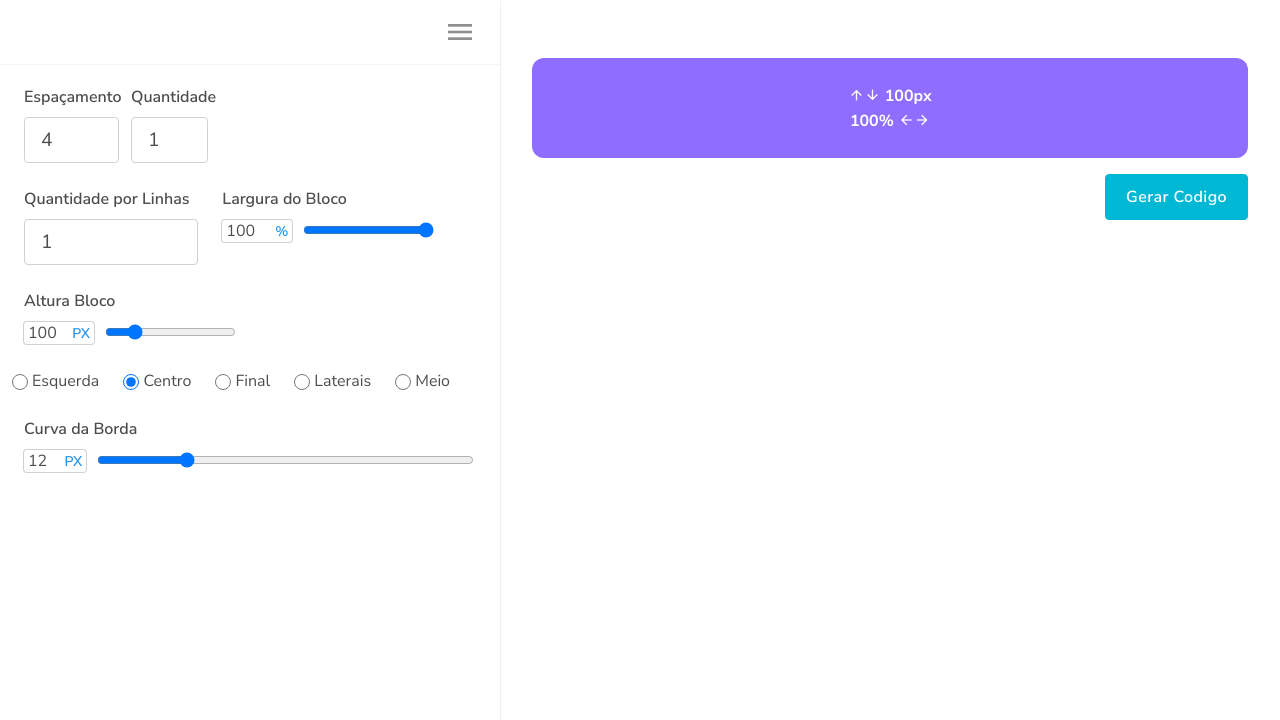
Repository: Flintdl/lowcode-elements
Page: /
The author's editor kept a copy of each file at every save. The page is drawn from the files as they stood at one save, then again after the next save.
The browser window is 1280 px wide. The pictures show the whole page.
The project was rebuilt for these pictures with package versions that can differ from the ones it lists, and the page was loaded fresh each time. Also part of the build but not shown: vue.config.js.

Above is the page before, as saved 2022-04-05 13:39:02.

### src/assets/scss/_variables.scss
// Primarys Colors
$standardTextColor: #4d4d4d;

$primaryColor: #8e6dff;
$secondaryColor: #009997;
$buttonDisableColor: #9c9c9c;
$buttonDisableBgColor: #7676764d;

// Menu Colors

$bgMenuColor: #1d1d1d;
$linkMenuColor: #7b8089;
$iconMenuColor: #2a2a2a;
$borderMenuColor: #323232;

// Botão Colors

$btnPrimary: #00b8d4;
$btnPrimaryHover: #0085b0;

// Generics Colors

$whiteColor: #ffffff;
$mutedColor: #8f8f8f;
$cardColor: #f3f4f7;
$cardColorLight: #f9fafc;
$cardColorLightTwo: #f1f5fc;
$greyLight: #d1d1d1;

// Dropdown Colors

$dropdownHeaderColor: #5f5f5f;
$dropdownColor: #ebffff;

// State Colors

$successColor: #3dc661;
$dangerColor: #e7515a;
$warningColor: #e2a03f;
$infoColor: #2196f3;
$defaultColor: #172b4d;
$lightColor: #e0e0e0;

### src/assets/scss/standard.scss
@import "variables";

.sf-content-page {
  transition: margin-left 0.15s ease;
  margin-left: 500px;
  padding: 3.6rem 2rem;
}

input,
select {
  font-size: 1.2rem;
  font-family: "Nunito Sans", sans-serif;
  color: #4d4d4d;
  background-color: #ffffff;
  width: 100%;
  display: block;
  height: 46px;
  padding: 0 1rem;
  border-radius: 4px;
  border: 1px solid #d1d1d1;
}

input:disabled {
  background-color: $buttonDisableBgColor;
}

textarea {
  font-size: 0.875rem;
  font-family: "Nunito Sans", sans-serif;
  color: #4d4d4d;
  background-color: #ffffff;
  width: 100%;
  display: block;
  padding: 1rem;
  border-radius: 4px;
  border: 1px solid #d1d1d1;
  resize: none;
}

input[type="range"] {
  height: fit-content !important;
}

.sf-form-100 {
  width: calc(100% + 24px);
}

/* Input Radio */
.form-selectradio,
.form-selectcheckbox {
  display: flex;
}

.form-selectradiobutton,
.form-selectcheckboxbutton {
  display: inline-block;
  border-radius: 50%;
  margin: 0;
}

.form-selectradiobutton label,
.form-selectcheckboxbutton label {
  font-size: 0.875rem;
  cursor: pointer;
  display: inline-block;
  margin: 0 16px 0 8px;
  vertical-align: middle;
}

input[type="radio"],
input[type="checkbox"] {
  width: 1rem;
  height: 1rem;
  text-align: center;
  position: relative;
  border-radius: 50%;
  line-height: 16px;
  cursor: pointer;
  margin: 0;
  display: inline-block;
  vertical-align: middle;
}

input[type="checkbox"] {
  border-radius: 6px;
}

// Renderização de Consulta - Botão

.sf-action-rendered-content {
  gap: 8px;
  .sf-action-rendered-consult {
    -webkit-box-flex: 1;
    -ms-flex-positive: 1;
    flex-grow: 1;
    white-space: nowrap;
    width: auto;
    span {
      cursor: pointer;
      &:hover {
        // background-color: #27272736 !important;
        border-color: #272727 !important;
      }
      &.actived {
        // background-color: #00b8d436 !important;
        border-color: #00b8d4 !important;
        font-weight: 700;
      }
    }
  }
}

// Renderização de Consulta - Botão

// Conteúdo socio resultado

.sf-card-socio-content {
  gap: 12px;
  .sf-card-socio {
    width: 100%;
    &.actived {
      div {
        background-color: #1fbdd538;
        border-color: #00b8d4 !important;
        color: #0395ac;
      }
    }
    &:hover {
      div {
        border-color: #00b8d4 !important;
        color: #0395ac;
        cursor: pointer;
      }
    }
  }
}
// Conteúdo socio resultado

// Conteúdo contato resultado

.sf-contact-business-content {
  gap: 12px;
  &.sf-business-overflow {
    ::-webkit-scrollbar {
      background: #e0e0e0;
      height: 4px;
      width: 6px;
    }

    ::-webkit-scrollbar-thumb {
      background: #bebebe;
    }
    ::-webkit-scrollbar-track {
      background-color: #e0e0e0;
    }
    ul {
      max-height: 392px;
      overflow-y: auto;
    }
  }
  .sf-contact-content-list {
    width: 100%;
    &.content-list-segments {
      height: fit-content;
      div {
        background-color: #f5f5f5;
        width: 100%;
      }
      &.actived {
        div {
          background-color: #1fbdd538;
          border-color: #00b8d4 !important;
          color: #0395ac;
        }
      }
      &:hover {
        div {
          border-color: #00b8d4 !important;
          color: #0395ac;
          cursor: pointer;
        }
      }
    }
  }
  &.sf-content-grid {
    .sf-contact-content-list {
      flex: initial;
    }
  }
}

.information-list-business {
  .information-list-business-li {
    span {
      width: 100%;
    }
    &:nth-child(odd) {
      background-color: #79797936;
    }
  }
}

.autocomplete-items {
  position: absolute;
  border: 1px solid #d4d4d4;
  margin: 12px 12px 0;
  border-radius: 4px;
  max-height: 210px;
  overflow-y: auto;
  z-index: 99;
  top: 100%;
  left: 0;
  right: 0;
}

.autocomplete-items div {
  padding: 10px;
  cursor: pointer;
  background-color: #fff;
  border-bottom: 1px solid #d4d4d4;
  &:last-child {
    border-bottom: 0;
  }
}

.autocomplete-items div:hover {
  background-color: #e9e9e9;
}

.autocomplete-active {
  background-color: DodgerBlue !important;
  color: #ffffff;
}

@media (min-width: 731px) {
  .sf-contact-business-content {
    .sf-contact-content-list {
      width: calc(50% - 12px);
    }
    &.sf-content-grid {
      .sf-contact-content-list {
        width: calc(50% - 12px);
      }
    }
  }
  .sf-card-socio-content {
    .sf-card-socio {
      width: calc(50% - 12px);
    }
  }
}

@media (min-width: 960px) {
  .sf-contact-business-content {
    .sf-contact-content-list {
      width: calc((100% - 24px) / 3);
    }
    &.sf-content-grid {
      .sf-contact-content-list {
        width: calc((100% - 24px) / 3);
      }
    }
  }
  .sf-card-socio-content {
    .sf-card-socio {
      width: calc((100% - 24px) / 3);
    }
  }
}
@media (min-width: 1200px) {
  .sf-contact-business-content {
    .sf-contact-content-list {
      width: calc((100% - 24px) / 3);
    }
    &.sf-content-grid {
      .sf-contact-content-list {
        width: calc(100% / 4);
      }
    }
  }
  .sf-card-socio-content {
    .sf-card-socio {
      width: calc((100% - 36px) / 4);
    }
  }
}

// Conteúdo contato resultado

.sf-loading-animation {
  z-index: 999999;
  // display: none;
  height: 100px;
  width: 100px;
}

.sf-loading-input {
  height: 100%;
  width: 40px;
}

// Error Style

.sf-error-svg {
  font-size: 3rem;
  font-family: Impact, Haettenschweiler, "Arial Narrow Bold", sans-serif;
}
/*////////////////////v animation//////////////////*/
.text1 {
  fill: none;
  stroke-linejoin: round;
  stroke-dasharray: 1160;
  stroke-dashoffset: 0;
}
.text1:nth-child(3n) {
  fill: #272727;
}

.text1:nth-child(3n + 2) {
  fill: #e7515a;
}

.text2 {
  fill: #2196f3;
}
// Mesagem Box

.mensagem-box {
  position: fixed;
  overflow: hidden;
  z-index: 997;
  right: 30px;
  bottom: 30px;
}

.mensagem {
  margin-bottom: 12px;
  border-radius: 4px;
  padding: 16px 32px;
  font-size: 1rem;
  color: #fff;
  z-index: 998;
}

.mensagem:last-child {
  margin-bottom: 0;
}

.mensagem.success {
  background-color: $successColor;
}

.mensagem.error {
  background-color: $dangerColor;
}

.mensagem.warning {
  background-color: $warningColor;
}

// Mesagem Box

// Error Style

.sf-modal {
  background-color: #000;
  position: fixed;
  z-index: -1;
  display: none;
  height: 100%;
  width: 100%;
  opacity: 0;
  left: 0;
  top: 0;
  &.actived {
    background-color: gray;
    display: block;
    z-index: 9999;
    opacity: 0.8;
  }
}

### src/views/HomeView.vue
<template>
  <div>
    <div class="sf-row">
      <div
        id="sf-preview-code-content"
        class="sf-col-12 sf-mx-auto sf-position-relative"
      >
        <!-- <div class="sf-display-flex sf-flex-wrap sf-width-100">
          <div
            id="sf-grid-template"
            class="sf-grid sf-position-relative"
            :style="{
              width: cssProps.width,
              height: String(valorHeight) + 'px',
              left: inputGap / 2 + 'px',
            }"
            v-bind:key="n"
            v-for="n of quantidade"
          ></div>
        </div> -->
        <div id="sf-preview-code">
          <div
            :style="gapProps"
            :class="[
              'sf-display-flex sf-flex-wrap sf-width-100',
              'sf-justify-content-' + checkValue,
            ]"
          >
            <DivGrid
              v-bind:key="n"
              v-for="n of quantidade"
              :tamanho="String(valor)"
              :altura="String(valorHeight)"
              class="sf-position-relative"
              :cssDefinido="cssProps"
            />
          </div>
        </div>
      </div>
      <div class="sf-col-12 sf-mt-3 sf-display-flex sf-justify-content-end">
        <button class="sf-btn sf-btn-primary" @click="gerarCodigo">
          Gerar Codigo
        </button>
      </div>
    </div>
    <div class="sf-row" v-if="htmlPreviewCode">
      <div class="sf-col-12 sf-mx-auto sf-mt-5 sf-code-content">
        <div class="sf-bg-code sf-p-4 sf-border-radius">
          <code>
            <span class="sf-text-info">Código do Preview</span> <br />
            {{ htmlPreviewCode }}
          </code>
        </div>
      </div>
    </div>
  </div>
</template>

<script>
// @ is an alias to /src

import DivGrid from "@/components/templates/DivGrid.vue";

export default {
  name: "HomeView",
  data: function () {
    return {
      htmlPreviewCode: null,
    };
  },
  components: {
    DivGrid,
  },
  props: {
    valor: String,
    inputGap: String,
    quantidade: Number,
    valorHeight: String,
    quantidadeLinha: String,
    inputBorderRadius: String,
    checkValue: String,
  },
  computed: {
    cssProps() {
      return {
        width: `calc((${this.valor}% - ${this.inputGap}px * ${
          this.quantidadeLinha - "1"
        }) / ${this.quantidadeLinha})`,
        height: this.valorHeight + "px",
        "border-radius": this.inputBorderRadius + "px",
      };
    },
    gapProps() {
      return {
        gap: this.inputGap + "px",
      };
    },
  },
  methods: {
    gerarCodigo() {
      this.htmlPreviewCode =
        document.getElementById("sf-preview-code").innerHTML;
    },
  },
};
</script>

<style>
#sf-grid-template:after {
  content: "";
  width: 100%;
  height: 150%;
  top: -25%;
  background-color: #ff008c0a;
  border: 1px solid rgba(255, 0, 140, 0.103);
  border-left: 2px solid #ff008c38;
  border-right: 2px solid #ff008c38;
  position: absolute;
}
</style>

### src/components/templates/InputGapTemplate.vue
<template>
  <div class="sf-col-3 sf-form-group">
    <label class="sf-label">Espaçamento</label>
    <input
      type="number"
      min="1"
      max="12"
      value="2"
      id="inputGap"
      v-model="valor"
      class="filter-states sf-text-capitalize"
      placeholder="Quantidade de Blocos"
    />
  </div>
</template>

<script>
export default {
  props: {
    valorInput: String,
  },
  computed: {
    valor: {
      get() {
        var inp = this.valorInput;
        return inp;
      },
      set(valorInput) {
        this.$emit("callback", valorInput);
      },
    },
  },
};
</script>

<style></style>

### src/components/templates/InputQuantidadeTemplate.vue
<template>
  <div class="sf-row">
    <div class="sf-col-4 sf-form-group">
      <label class="sf-label">Quantidade</label>
      <input
        type="number"
        value="1"
        id="inputQuantidade"
        v-model="valor"
        class="filter-states sf-text-capitalize"
        placeholder="Quantidade de Blocos"
      />
    </div>
  </div>
</template>

<script>
export default {
  props: {
    valorInput: String,
  },
  computed: {
    valor: {
      get() {
        var inp = this.valorInput;
        return inp;
      },
      set(valorInput) {
        this.$emit("callback", valorInput);
      },
    },
  },
};
</script>

<style></style>

### src/components/templates/InputQuantLinhasTemplate.vue
<template>
  <div class="sf-col-5 sf-form-group">
    <label class="sf-label">Quantidade por Linhas</label>
    <input
      type="number"
      min="1"
      max="12"
      value="1"
      id="inputQuantidadeLinha"
      v-model="valor"
      class="filter-states sf-text-capitalize"
      placeholder="Quantidade Linha"
    />
  </div>
</template>

<script>
export default {
  props: {
    valorInput: String,
  },
  computed: {
    valor: {
      get() {
        var inp = this.valorInput;
        return inp;
      },
      set(valorInput) {
        this.$emit("callback", valorInput);
      },
    },
  },
};
</script>

<style></style>

### src/components/templates/InputLarguraBloco.vue
<template>
  <div class="sf-col-6 sf-form-group">
    <label class="sf-label">Largura do Bloco</label>
    <div class="sf-input-group">
      <div
        class="sf-input-group-append sf-display-flex sf-justify-content-center"
      >
        <div
          class="sf-display-flex sf-align-items-center sf-justify-content-center sf-border-left-0 sf-border-radius sf-border-radius-left-0 sf-pr-2 sf-text-info sf-font-weight-bold sf-min-80-px"
        >
          <div class="sf-input-group">
            <input
              type="number"
              value="1"
              min="1"
              max="100"
              v-model="valor"
              class="sf-text-md sf-height-fit-content sf-pr-0 sf-pl-1 sf-border-right-0 sf-border-radius-right-0 sf-text-capitalize"
              placeholder="Curva da Borda"
            />
            <div
              class="sf-input-group-append sf-display-flex sf-justify-content-center"
            >
              <div
                class="sf-display-flex sf-align-items-center sf-border sf-justify-content-center sf-border-left-0 sf-border-radius sf-border-radius-left-0 sf-pr-1 sf-text-info sf-font-weight-bold sf-text-sm"
              >
                %
              </div>
            </div>
          </div>
        </div>
      </div>
      <input
        type="range"
        min="10"
        max="100"
        value="10"
        id="inputRange"
        v-model="valor"
        class="sf-px-0 sf-border-right-0 sf-border-radius-right-0 sf-text-capitalize"
      />
    </div>
  </div>
</template>

<script>
export default {
  props: {
    valorInput: String,
  },
  computed: {
    valor: {
      get() {
        var inp = this.valorInput;
        return inp;
      },
      set(valorInput) {
        this.$emit("callback", valorInput);
      },
    },
  },
};
</script>

<style></style>

### src/components/templates/InputAlturaBloco.vue
<template>
  <div class="sf-col-6 sf-form-group">
    <label class="sf-label">Altura Bloco</label>
    <div class="sf-input-group">
      <div
        class="sf-input-group-append sf-display-flex sf-justify-content-center"
      >
        <div
          class="sf-display-flex sf-align-items-center sf-justify-content-center sf-border-left-0 sf-border-radius sf-border-radius-left-0 sf-pr-2 sf-text-info sf-font-weight-bold sf-min-80-px"
        >
          <div class="sf-input-group">
            <input
              type="number"
              value="1"
              min="1"
              max="500"
              v-model="valor"
              class="sf-text-md sf-height-fit-content sf-pr-0 sf-pl-1 sf-border-right-0 sf-border-radius-right-0 sf-text-capitalize"
              placeholder="Curva da Borda"
            />
            <div
              class="sf-input-group-append sf-display-flex sf-justify-content-center"
            >
              <div
                class="sf-display-flex sf-align-items-center sf-border sf-justify-content-center sf-border-left-0 sf-border-radius sf-border-radius-left-0 sf-pr-1 sf-text-info sf-font-weight-bold sf-text-sm"
              >
                PX
              </div>
            </div>
          </div>
        </div>
      </div>
      <input
        type="range"
        min="10"
        max="500"
        id="valorHeight"
        v-model="valor"
        class="sf-px-0 sf-border-right-0 sf-border-radius-right-0 sf-text-capitalize"
      />
    </div>
  </div>
</template>

<script>
export default {
  props: {
    valorInput: String,
  },
  computed: {
    valor: {
      get() {
        var inp = this.valorInput;
        return inp;
      },
      set(valorInput) {
        this.$emit("callback", valorInput);
      },
    },
  },
};
</script>

<style></style>

### src/components/templates/InputPosicaoBloco.vue
<template>
  <div class="sf-row">
    <div class="sf-col-auto sf-form-group">
      <input
        id="start"
        type="radio"
        name="positionDivs"
        v-model="valor"
        value="start"
        checked
      />
      <label for="start"> Esquerda</label>
    </div>

    <div class="sf-col-auto sf-form-group">
      <input
        type="radio"
        id="center"
        name="positionDivs"
        v-model="valor"
        value="center"
      />
      <label for="center"> Centro</label>
    </div>

    <div class="sf-col-auto sf-form-group">
      <input
        type="radio"
        id="end"
        name="positionDivs"
        v-model="valor"
        value="end"
      />
      <label for="end"> Final</label>
    </div>
    <div class="sf-col-auto sf-form-group">
      <input
        type="radio"
        id="between"
        name="positionDivs"
        v-model="valor"
        value="between"
      />
      <label for="between"> Laterais</label>
    </div>
    <div class="sf-col-auto sf-form-group">
      <input
        type="radio"
        id="around"
        name="positionDivs"
        v-model="valor"
        value="around"
      />
      <label for="around"> Meio</label>
    </div>
  </div>
</template>

<script>
export default {
  props: {
    valorInput: String,
  },
  computed: {
    valor: {
      get() {
        var inp = this.valorInput;
        return inp;
      },
      set(valorInput) {
        this.$emit("callback", valorInput);
      },
    },
  },
};
</script>

<style></style>

### src/components/templates/DivGrid.vue
<template>
  <div
    class="sf-bg-primary sf-position-relative sf-overflow-hidden"
    :style="cssDefinido"
  >
    <span
      class="sf-position-absolute sf-centerAbsolute-xy sf-text-white sf-font-weight-extra-bold sf-text-center"
      :style="tamanho"
    >
      <i
        class="mdi mdi-arrow-up sf-text-md sf-text-white sf-dropdown-action"
      ></i>
      <i
        class="mdi mdi-arrow-down sf-text-md sf-text-white sf-dropdown-action"
      ></i>
      {{ altura }}px <br />

      {{ tamanho }}%
      <i
        class="mdi mdi-arrow-left sf-text-md sf-text-white sf-dropdown-action"
      ></i>
      <i
        class="mdi mdi-arrow-right sf-text-md sf-text-white sf-dropdown-action"
      ></i>
    </span>
  </div>
</template>

<script>
export default {
  props: {
    cssDefinido: Object,
    tamanho: String,
    altura: String,
  },
};
</script>

<style></style>

Loaded but not shown: public/index.html (common file); src/main.js (common file); src/App.vue (common file); src/registerServiceWorker.js (common file); src/router/index.js (common file); src/assets/scss/materialdesignicons.scss (9 lines, source omitted); src/assets/scss/style.scss (4095 lines, source omitted); src/assets/scss/menu.scss (396 lines, source omitted); src/components/Menu/MenuTemplate.vue (220 lines, source omitted)

After the next save:
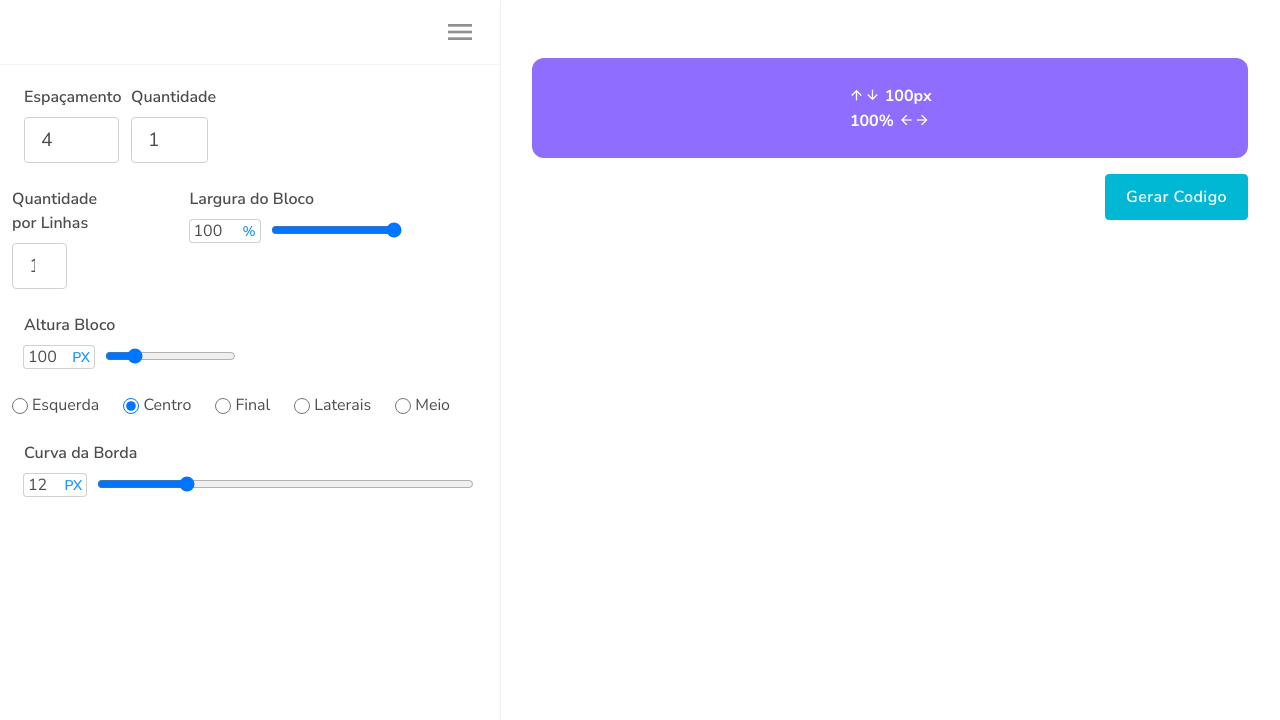
Saved 5 s later.
--- a/src/components/templates/InputQuantLinhasTemplate.vue
+++ b/src/components/templates/InputQuantLinhasTemplate.vue
@@ -1,16 +1,18 @@
 <template>
-  <div class="sf-col-5 sf-form-group">
-    <label class="sf-label">Quantidade por Linhas</label>
-    <input
-      type="number"
-      min="1"
-      max="12"
-      value="1"
-      id="inputQuantidadeLinha"
-      v-model="valor"
-      class="filter-states sf-text-capitalize"
-      placeholder="Quantidade Linha"
-    />
+  <div class="sf-row">
+    <div class="sf-col-5 sf-form-group">
+      <label class="sf-label">Quantidade por Linhas</label>
+      <input
+        type="number"
+        min="1"
+        max="12"
+        value="1"
+        id="inputQuantidadeLinha"
+        v-model="valor"
+        class="filter-states sf-text-capitalize"
+        placeholder="Quantidade Linha"
+      />
+    </div>
   </div>
 </template>
 

After the save that followed:
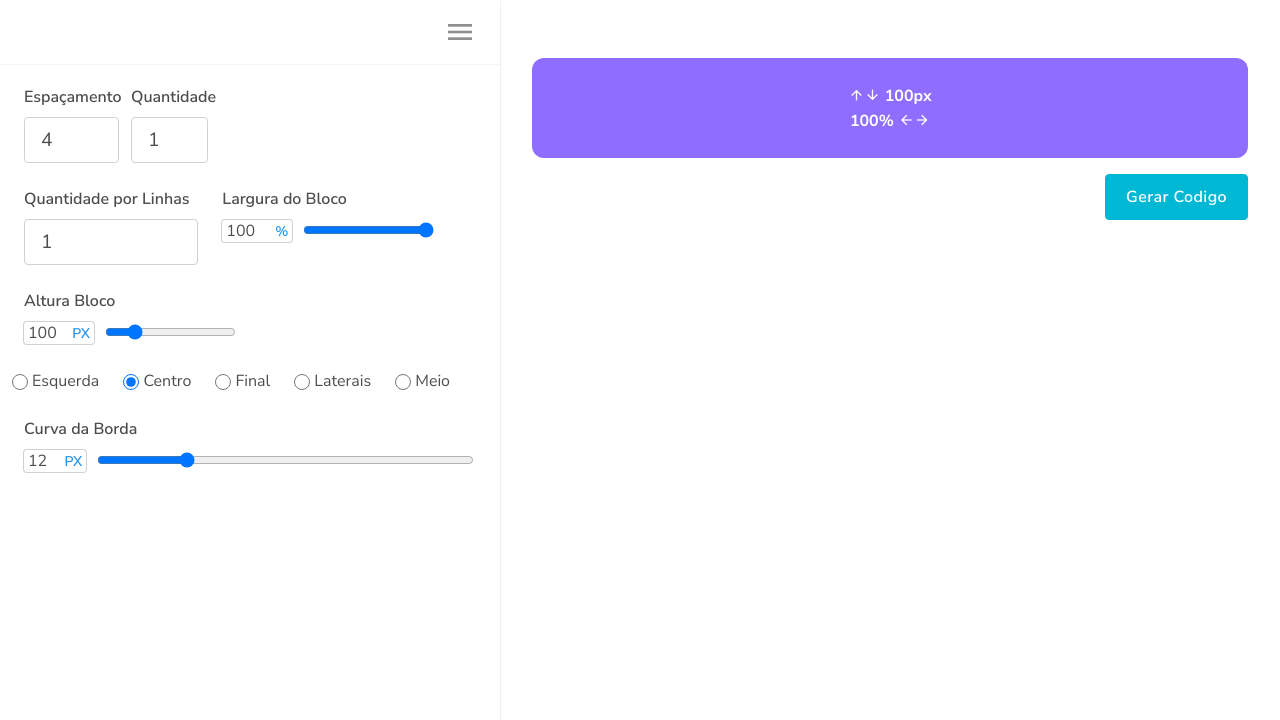
Saved 13 s later.
--- a/src/components/templates/InputQuantLinhasTemplate.vue
+++ b/src/components/templates/InputQuantLinhasTemplate.vue
@@ -1,18 +1,16 @@
 <template>
-  <div class="sf-row">
-    <div class="sf-col-5 sf-form-group">
-      <label class="sf-label">Quantidade por Linhas</label>
-      <input
-        type="number"
-        min="1"
-        max="12"
-        value="1"
-        id="inputQuantidadeLinha"
-        v-model="valor"
-        class="filter-states sf-text-capitalize"
-        placeholder="Quantidade Linha"
-      />
-    </div>
+  <div class="sf-col-5 sf-form-group">
+    <label class="sf-label">Quantidade por Linhas</label>
+    <input
+      type="number"
+      min="1"
+      max="12"
+      value="1"
+      id="inputQuantidadeLinha"
+      v-model="valor"
+      class="filter-states sf-text-capitalize"
+      placeholder="Quantidade Linha"
+    />
   </div>
 </template>
 
